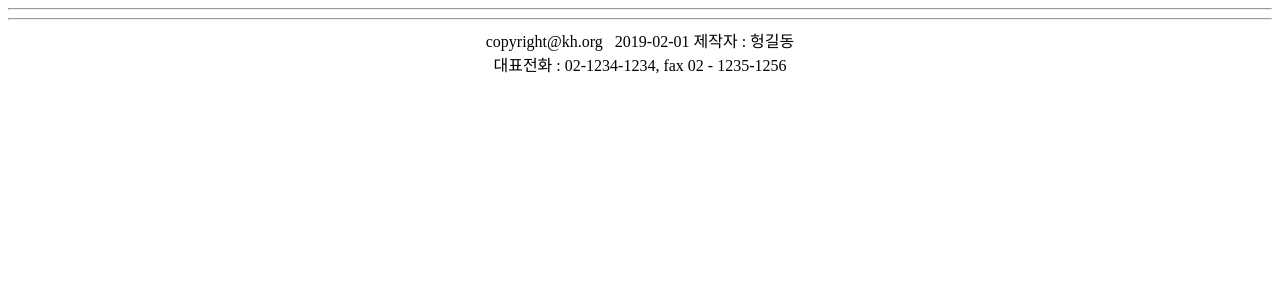
Repository: seokhoyoun/HTML_CSS
Page: html5Projects/web/views/testSimentics.html
The author's editor kept a copy of each file at every save. The page is drawn from the files as they stood at one save, then again after the next save.
The browser window is 1280 px wide. The pictures show the whole page.

Above is the page before, as saved 2019-02-01 08:18:50.

### html5Projects/web/views/testSimentics.html
<!DOCTYPE html>
<html>
<head>
<meta charset="UTF-8">
<title>Simentics</title>
</head>
<body>
<header></header>
<hr>
<section></section>
<hr>
<footer>
<center>
	copyright@kh.org &nbsp; 2019-02-01 제작자 : 헝길동<br>
	대표전화 : 02-1234-1234, fax 02 - 1235-1256
</center>
</footer>
</body>
</html>

After the next save:
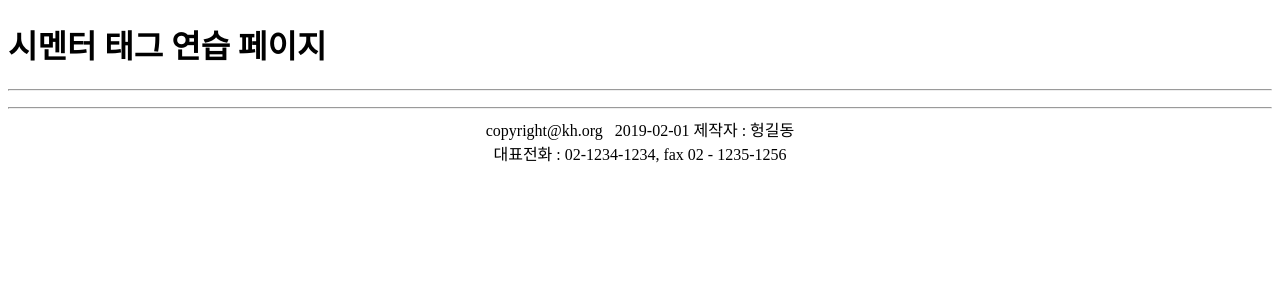
Saved 84 s later.
--- a/html5Projects/web/views/testSimentics.html
+++ b/html5Projects/web/views/testSimentics.html
@@ -5,9 +5,21 @@
 <title>Simentics</title>
 </head>
 <body>
-<header></header>
+<header>
+<h1>시멘터 태그 연습 페이지</h1>
+</header>
 <hr>
-<section></section>
+<section>
+
+</section>
+<p>
+<p>
+<p>
+<p>
+<p>
+<p>
+<p>
+<p>
 <hr>
 <footer>
 <center>
